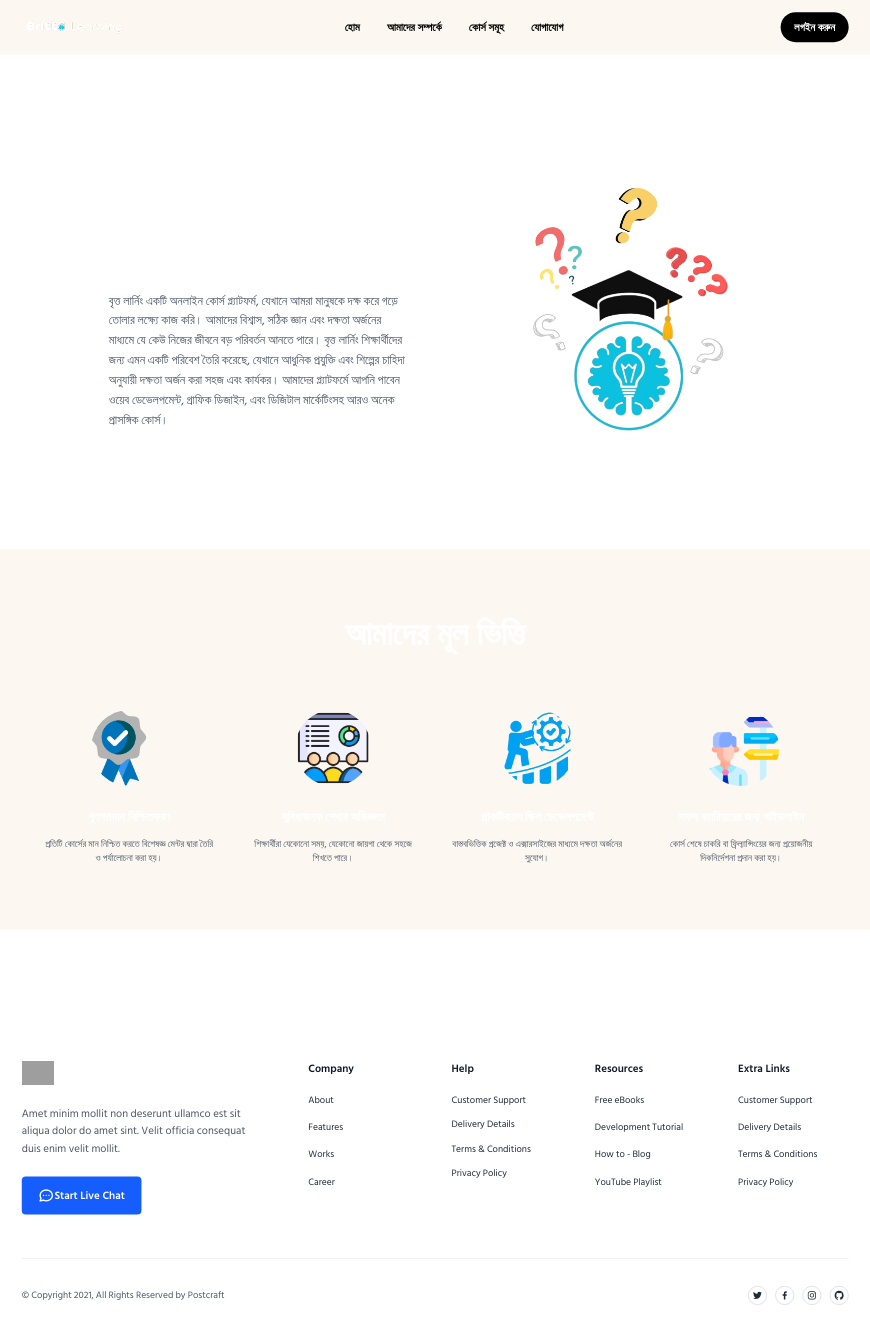
Repository: Ruddro420/course-selling
Page: /about-us
An editor plug-in stored every save of this project. The page is shown before and after the next save, followed by the edit.
The browser window is 1280 px wide. The pictures show the whole page, at 68% of full size.
Pictures or frames that could not be fetched are drawn as grey boxes. The project was rebuilt for these pictures with package versions that can differ from the ones it lists, and the page was loaded fresh each time. Also part of the build but not shown: vite.config.js, src/components/AboutSection.jsx, src/components/Loader/SectionLoader.jsx, src/components/ContactSection.jsx, src/components/Hero.jsx, src/components/Loader/Loader.jsx, src/components/EnToBn/Bn.jsx, src/context/DataContext.jsx and 19 more.

Above is the page before, as saved 2025-04-04 00:57:55.

After the next save:
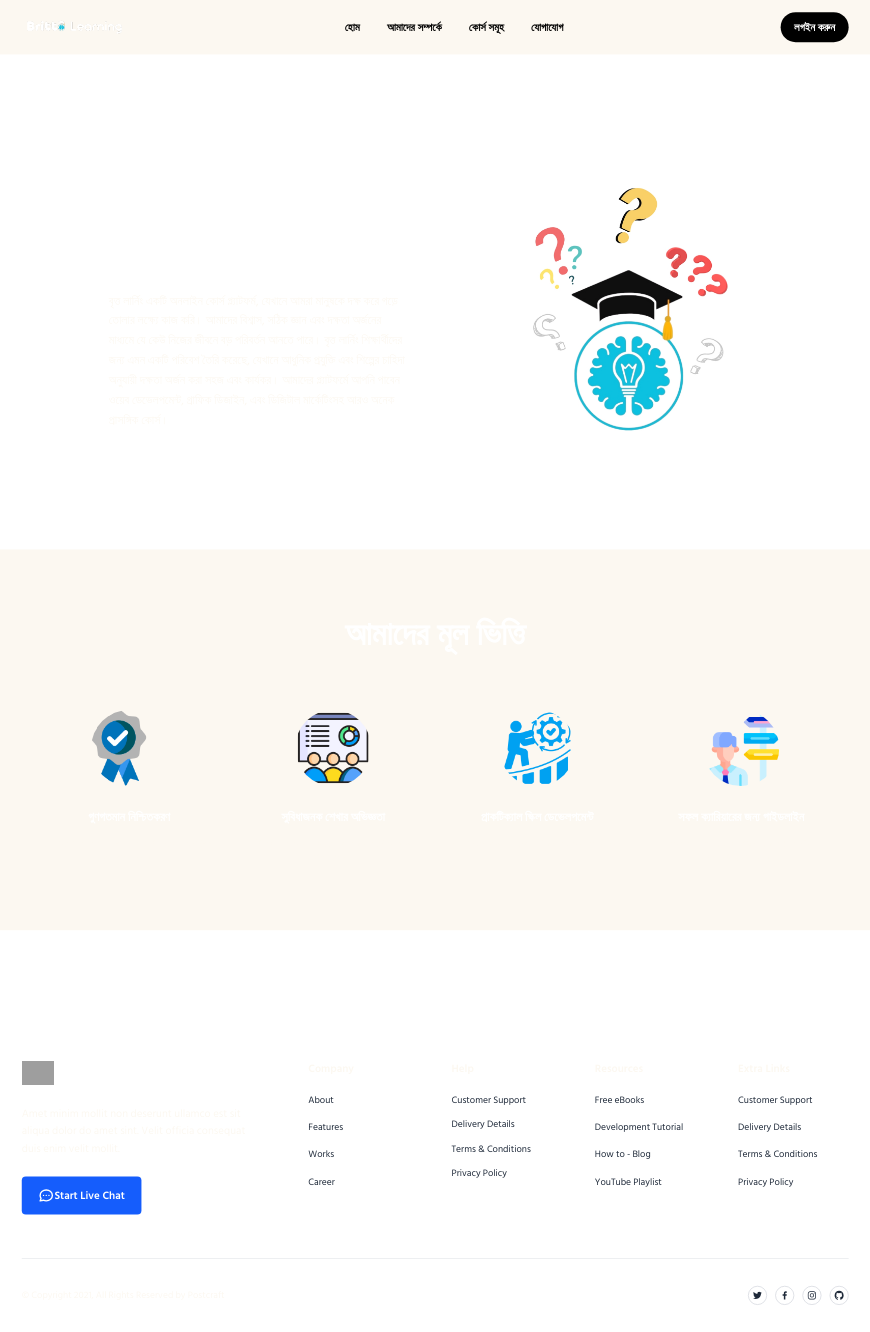
Saved 15 s later.
--- a/src/index.css
+++ b/src/index.css
@@ -244,8 +244,15 @@ body {
   background: radial-gradient(circle, rgba(15, 23, 42, 1) 0%, rgba(0, 0, 0, 1) 35%, rgba(15, 23, 42, 1) 100%);
   color: white !important;
 }
-h2,h3,h1{
-  color:white;
+
+h2,
+h3,
+h1 {
+  color: white;
+}
+
+p {
+  color: #FCF8F1;
 }
 
 /* CSS (Hero.css) */
